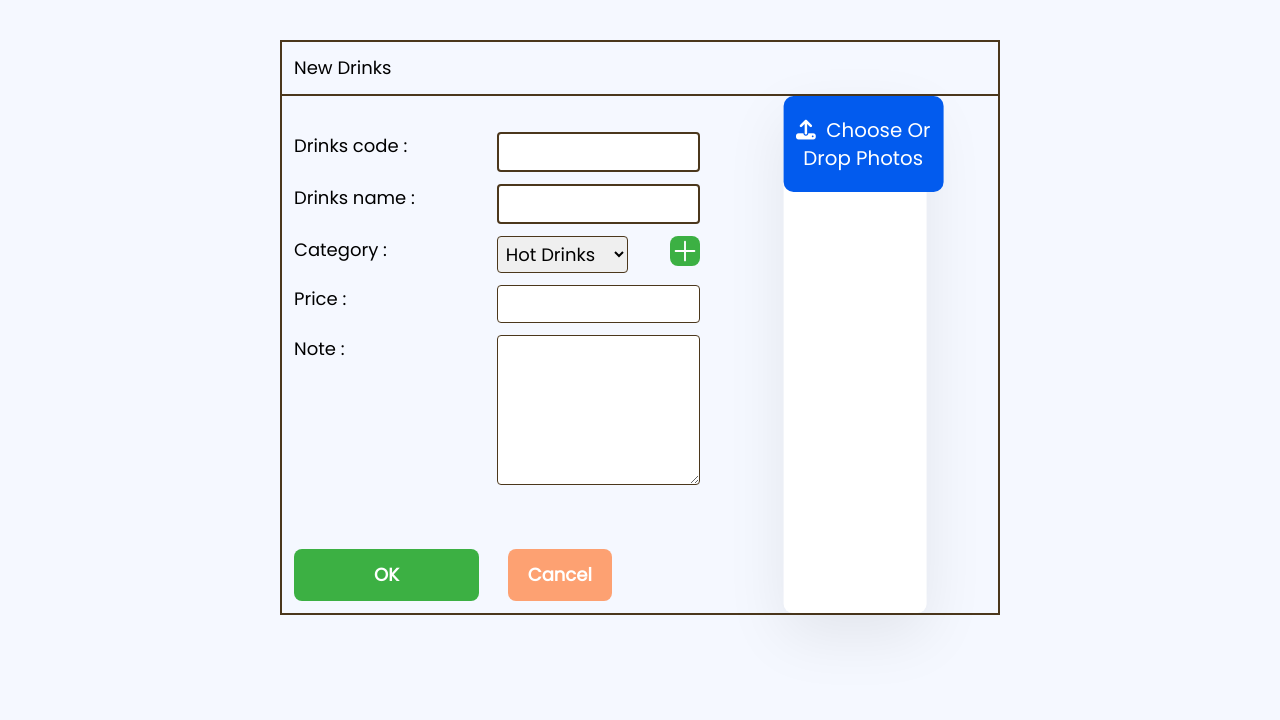
Repository: Dapravith/Midterm-SE-GIC-Cafe-Project-Group16
Page: src/main/resources/templates/addDrink.html
The author's editor kept a copy of each file at every save. The page is drawn from the files as they stood at one save, then again after the next save.
The browser window is 1280 px wide. The pictures show the whole page.
Some web libraries are served in a nearby version.

Above is the page before, as saved 2023-05-16 22:43:50.

After the next save:
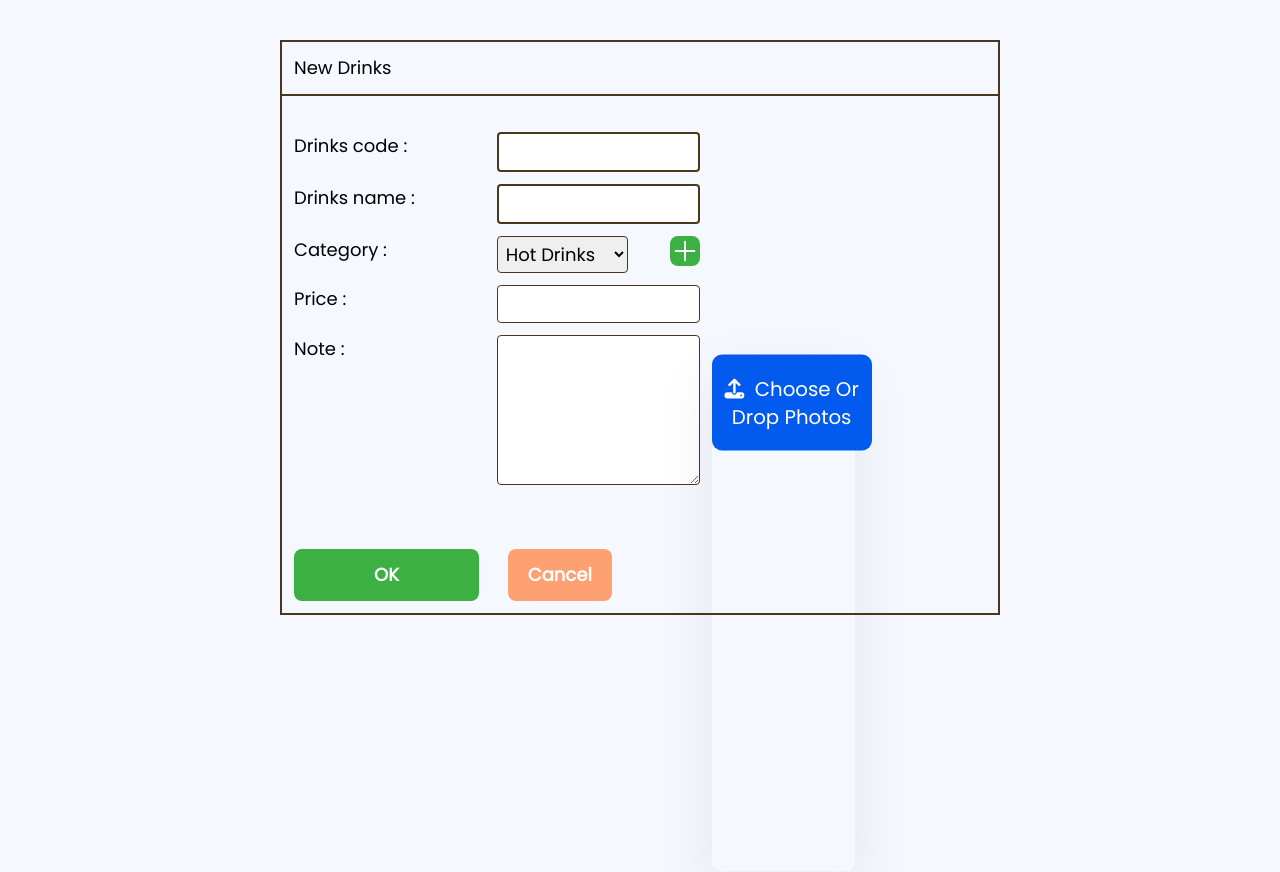
Saved 29 s later.
--- a/src/main/resources/templates/addDrink.html
+++ b/src/main/resources/templates/addDrink.html
@@ -29,10 +29,9 @@
         }
 
         .images {
-            background-color: #ffffff;
             width: 20%;
             position: static;
-            transform: translateX(50%);
+            transform: translateY(50%);
             left: 50%;
             right: 50%;
             box-shadow: 0 1.25em 3.43em rgba(0, 0, 0, 0.08);

After the save that followed:
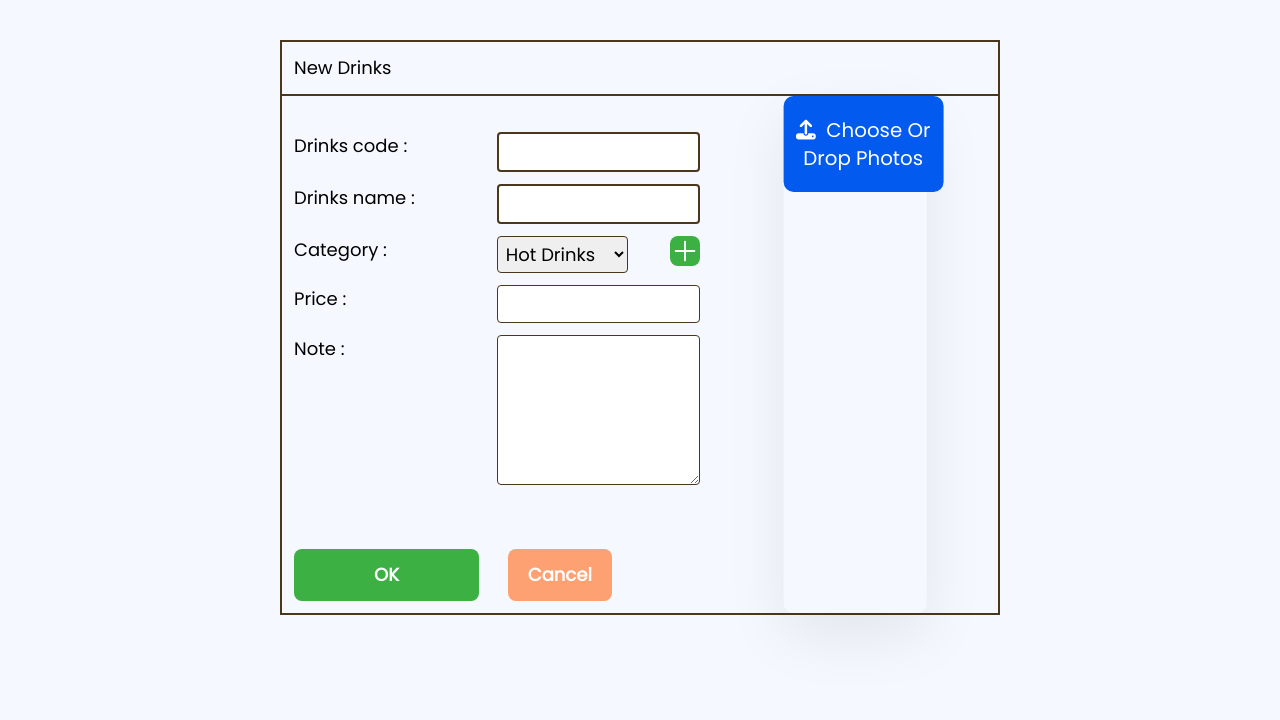
Saved 9 s later.
--- a/src/main/resources/templates/addDrink.html
+++ b/src/main/resources/templates/addDrink.html
@@ -31,7 +31,7 @@
         .images {
             width: 20%;
             position: static;
-            transform: translateY(50%);
+            transform: translate(50%);
             left: 50%;
             right: 50%;
             box-shadow: 0 1.25em 3.43em rgba(0, 0, 0, 0.08);
